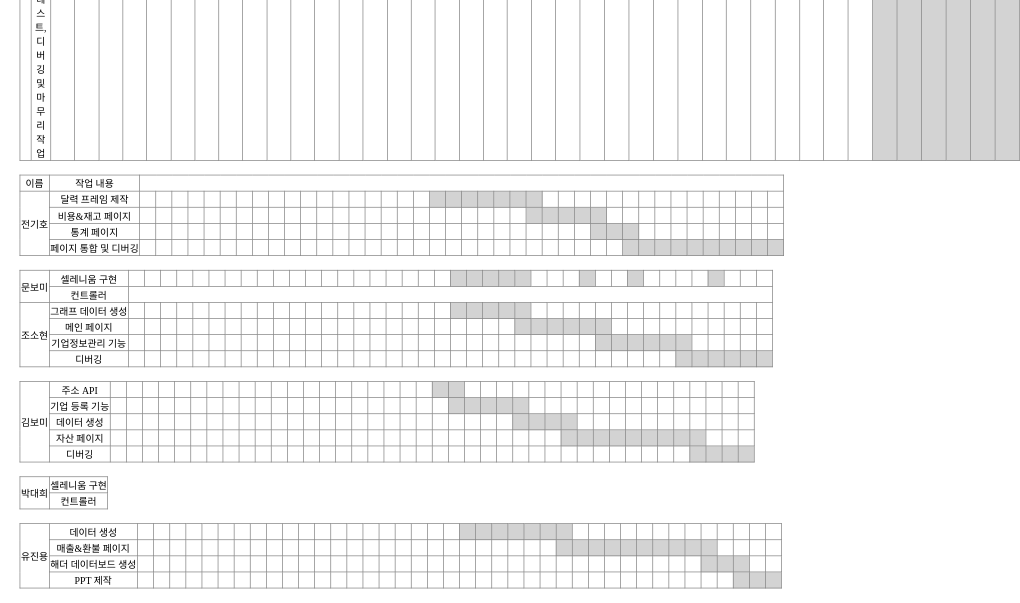
Repository: JEON-KIHO/finalProject
Page: http://localhost/ERP/WEB-INF/views/schedule.jsp
An editor plug-in stored every save of this project. The page is shown before and after the next save, followed by the edit.
The browser window is 1280 px wide. The page is 1457 px wide, so the pictures cover 1457 px, including what lies to the right of the window. The pictures show the part of the page from y = 461 to 2141 px (the page is 1322 px tall before and 3170 px after), at 70% of full size.
The page is served by Tomcat 9. Nobody is signed in. Other server files are loaded and not shown. The template is opened directly, without the code that normally fills it, so the values that code supplies are empty.

Above is the page before, as saved 2020-12-24 08:20:07.

### ERP/src/main/webapp/WEB-INF/views/schedule.jsp
<%@ page language="java" contentType="text/html; charset=UTF-8"
    pageEncoding="UTF-8"%>
<!DOCTYPE html PUBLIC "-//W3C//DTD HTML 4.01 Transitional//EN" "http://www.w3.org/TR/html4/loose.dtd">
<html>
<head>
<meta http-equiv="Content-Type" content="text/html; charset=UTF-8">
<title>Insert title here</title>
<style>
	table{font-size:14px; text-align:center; border-collapse:collapse; margin:20px;}
	.black {background:lightgray;}
	.black, .white {width:20px;}
</style>
</head>
<body>

<table border=1>

	<tr><td colspan=2>날짜</td><td>11/02</td><td>11/03</td><td>11/04</td><td>11/05</td><td>11/06</td>
	<td>11/09</td><td>11/10</td><td>11/11</td><td>11/12</td><td>11/13</td>
	<td>11/16</td><td>11/17</td><td>11/18</td><td>11/19</td><td>11/20</td>
	<td>11/23</td><td>11/24</td><td>11/25</td><td>11/26</td><td>11/27</td>
	<td>11/30</td><td>12/01</td><td>12/02</td><td>12/03</td><td>12/04</td>
	<td>12/07</td><td>12/08</td><td>12/09</td><td>12/10</td><td>12/11</td>
	<td>12/14</td><td>12/15</td><td>12/16</td><td>12/17</td><td>12/18</td>
	<td>12/21</td><td>12/22</td><td>12/23</td><td>12/24</td><td>12/28</td></tr>

	<tr><td rowspan=5>팀작업</td><td>주제 선정</td><td class="black"></td><td class="black"></td><td class="black"></td><td class="black"></td><td class="black"></td>
	<td class="white"></td><td class="white"></td><td class="white"></td><td class="white"></td><td class="white"></td>
	<td class="white"></td><td class="white"></td><td class="white"></td><td class="white"></td><td class="white"></td>
	<td class="white"></td><td class="white"></td><td class="white"></td><td class="white"></td><td class="white"></td>
	<td class="white"></td><td class="white"></td><td class="white"></td><td class="white"></td><td class="white"></td>
	<td class="white"></td><td class="white"></td><td class="white"></td><td class="white"></td><td class="white"></td>
	<td class="white"></td><td class="white"></td><td class="white"></td><td class="white"></td><td class="white"></td>
	<td class="white"></td><td class="white"></td><td class="white"></td><td class="white"></td><td class="white"></td></tr>

	<tr><td>스토리보드</td><td class="white"></td><td class="white"></td><td class="white"></td><td class="white"></td><td class="black"></td>
	<td class="black"></td><td class="black"></td><td class="black"></td><td class="black"></td><td class="black"></td>
	<td class="black"></td><td class="black"></td><td class="black"></td><td class="black"></td><td class="black"></td>
	<td class="black"></td><td class="black"></td><td class="black"></td><td class="black"></td><td class="black"></td>
	<td class="black"></td><td class="black"></td><td class="white"></td><td class="white"></td><td class="white"></td>
	<td class="white"></td><td class="white"></td><td class="white"></td><td class="white"></td><td class="white"></td>
	<td class="white"></td><td class="white"></td><td class="white"></td><td class="white"></td><td class="white"></td>
	<td class="white"></td><td class="white"></td><td class="white"></td><td class="white"></td><td class="white"></td></tr>

	<tr><td>DB 작업</td><td class="white"></td><td class="white"></td><td class="white"></td><td class="white"></td><td class="white"></td>
	<td class="white"></td><td class="white"></td><td class="white"></td><td class="white"></td><td class="white"></td>
	<td class="white"></td><td class="white"></td><td class="white"></td><td class="white"></td><td class="white"></td>
	<td class="white"></td><td class="white"></td><td class="black"></td><td class="black"></td><td class="black"></td>
	<td class="black"></td><td class="black"></td><td class="black"></td><td class="black"></td><td class="black"></td>
	<td class="white"></td><td class="white"></td><td class="white"></td><td class="white"></td><td class="white"></td>
	<td class="white"></td><td class="white"></td><td class="white"></td><td class="white"></td><td class="white"></td>
	<td class="white"></td><td class="white"></td><td class="white"></td><td class="white"></td><td class="white"></td></tr>

	<tr><td>기능구현 및 CSS작업</td><td class="white"></td><td class="white"></td><td class="white"></td><td class="white"></td><td class="white"></td>
	<td class="white"></td><td class="white"></td><td class="white"></td><td class="white"></td><td class="white"></td>
	<td class="white"></td><td class="white"></td><td class="white"></td><td class="white"></td><td class="white"></td>
	<td class="white"></td><td class="white"></td><td class="white"></td><td class="white"></td><td class="white"></td>
	<td class="black"></td><td class="black"></td><td class="black"></td><td class="black"></td><td class="black"></td>
	<td class="black"></td><td class="black"></td><td class="black"></td><td class="black"></td><td class="black"></td>
	<td class="black"></td><td class="black"></td><td class="black"></td><td class="black"></td><td class="black"></td>
	<td class="black"></td><td class="black"></td><td class="black"></td><td class="black"></td><td class="white"></td></tr>

	<tr><td>테스트, 디버깅 및 마무리작업</td><td class="white"></td><td class="white"></td><td class="white"></td><td class="white"></td><td class="white"></td>
	<td class="white"></td><td class="white"></td><td class="white"></td><td class="white"></td><td class="white"></td>
	<td class="white"></td><td class="white"></td><td class="white"></td><td class="white"></td><td class="white"></td>
	<td class="white"></td><td class="white"></td><td class="white"></td><td class="white"></td><td class="white"></td>
	<td class="white"></td><td class="white"></td><td class="white"></td><td class="white"></td><td class="white"></td>
	<td class="white"></td><td class="white"></td><td class="white"></td><td class="white"></td><td class="white"></td>
	<td class="white"></td><td class="white"></td><td class="white"></td><td class="white"></td><td class="black"></td>
	<td class="black"></td><td class="black"></td><td class="black"></td><td class="black"></td><td class="black"></td></tr>
	</table>
	<table border=1>
	<tr>
		<td>이름</td><td>작업 내용</td><td colspan=40></td>
	</tr>

	<tr><td rowspan=4>전기호</td><td>달력 프레임 제작</td><td class="white"></td><td class="white"></td><td class="white"></td><td class="white"></td><td class="white"></td>
	<td class="white"></td><td class="white"></td><td class="white"></td><td class="white"></td><td class="white"></td>
	<td class="white"></td><td class="white"></td><td class="white"></td><td class="white"></td><td class="white"></td>
	<td class="white"></td><td class="white"></td><td class="white"></td><td class="black"></td><td class="black"></td>
	<td class="black"></td><td class="black"></td><td class="black"></td><td class="black"></td><td class="black"></td>
	<td class="white"></td><td class="white"></td><td class="white"></td><td class="white"></td><td class="white"></td>
	<td class="white"></td><td class="white"></td><td class="white"></td><td class="white"></td><td class="white"></td>
	<td class="white"></td><td class="white"></td><td class="white"></td><td class="white"></td><td class="white"></td></tr>

	<tr><td>비용&재고 페이지</td><td class="white"></td><td class="white"></td><td class="white"></td><td class="white"></td><td class="white"></td>
	<td class="white"></td><td class="white"></td><td class="white"></td><td class="white"></td><td class="white"></td>
	<td class="white"></td><td class="white"></td><td class="white"></td><td class="white"></td><td class="white"></td>
	<td class="white"></td><td class="white"></td><td class="white"></td><td class="white"></td><td class="white"></td>
	<td class="white"></td><td class="white"></td><td class="white"></td><td class="white"></td><td class="black"></td>
	<td class="black"></td><td class="black"></td><td class="black"></td><td class="black"></td><td class="white"></td>
	<td class="white"></td><td class="white"></td><td class="white"></td><td class="white"></td><td class="white"></td>
	<td class="white"></td><td class="white"></td><td class="white"></td><td class="white"></td><td class="white"></td></tr>

	<tr><td>통계 페이지</td><td class="white"></td><td class="white"></td><td class="white"></td><td class="white"></td><td class="white"></td>
	<td class="white"></td><td class="white"></td><td class="white"></td><td class="white"></td><td class="white"></td>
	<td class="white"></td><td class="white"></td><td class="white"></td><td class="white"></td><td class="white"></td>
	<td class="white"></td><td class="white"></td><td class="white"></td><td class="white"></td><td class="white"></td>
	<td class="white"></td><td class="white"></td><td class="white"></td><td class="white"></td><td class="white"></td>
	<td class="white"></td><td class="white"></td><td class="white"></td><td class="black"></td><td class="black"></td>
	<td class="black"></td><td class="white"></td><td class="white"></td><td class="white"></td><td class="white"></td>
	<td class="white"></td><td class="white"></td><td class="white"></td><td class="white"></td><td class="white"></td></tr>

	<tr><td>페이지 통합 및 디버깅</td><td class="white"></td><td class="white"></td><td class="white"></td><td class="white"></td><td class="white"></td>
	<td class="white"></td><td class="white"></td><td class="white"></td><td class="white"></td><td class="white"></td>
	<td class="white"></td><td class="white"></td><td class="white"></td><td class="white"></td><td class="white"></td>
	<td class="white"></td><td class="white"></td><td class="white"></td><td class="white"></td><td class="white"></td>
	<td class="white"></td><td class="white"></td><td class="white"></td><td class="white"></td><td class="white"></td>
	<td class="white"></td><td class="white"></td><td class="white"></td><td class="white"></td><td class="white"></td>
	<td class="black"></td><td class="black"></td><td class="black"></td><td class="black"></td><td class="black"></td>
	<td class="black"></td><td class="black"></td><td class="black"></td><td class="black"></td><td class="black"></td></tr>

	</table>
	<table border=1>

	<tr><td rowspan=2>문보미</td><td>셀레니움 구현</td><td class="white"></td><td class="white"></td><td class="white"></td><td class="white"></td><td class="white"></td>
	<td class="white"></td><td class="white"></td><td class="white"></td><td class="white"></td><td class="white"></td>
	<td class="white"></td><td class="white"></td><td class="white"></td><td class="white"></td><td class="white"></td>
	<td class="white"></td><td class="white"></td><td class="white"></td><td class="white"></td><td class="white"></td>
	<td class="black"></td><td class="black"></td><td class="black"></td><td class="black"></td><td class="black"></td>
	<td class="white"></td><td class="white"></td><td class="white"></td><td class="black"></td><td class="white"></td>
	<td class="white"></td><td class="black"></td><td class="white"></td><td class="white"></td><td class="white"></td>
	<td class="white"></td><td class="black"></td><td class="white"></td><td class="white"></td><td class="white"></td></tr>
	<tr><td>컨트롤러</td></tr>

	<tr><td rowspan=4>조소현</td><td>그래프 데이터 생성</td><td class="white"></td><td class="white"></td><td class="white"></td><td class="white"></td><td class="white"></td>
	<td class="white"></td><td class="white"></td><td class="white"></td><td class="white"></td><td class="white"></td>
	<td class="white"></td><td class="white"></td><td class="white"></td><td class="white"></td><td class="white"></td>
	<td class="white"></td><td class="white"></td><td class="white"></td><td class="white"></td><td class="white"></td>
	<td class="black"></td><td class="black"></td><td class="black"></td><td class="black"></td><td class="black"></td>
	<td class="white"></td><td class="white"></td><td class="white"></td><td class="white"></td><td class="white"></td>
	<td class="white"></td><td class="white"></td><td class="white"></td><td class="white"></td><td class="white"></td>
	<td class="white"></td><td class="white"></td><td class="white"></td><td class="white"></td><td class="white"></td></tr>

	<tr><td>메인 페이지</td><td class="white"></td><td class="white"></td><td class="white"></td><td class="white"></td><td class="white"></td>
	<td class="white"></td><td class="white"></td><td class="white"></td><td class="white"></td><td class="white"></td>
	<td class="white"></td><td class="white"></td><td class="white"></td><td class="white"></td><td class="white"></td>
	<td class="white"></td><td class="white"></td><td class="white"></td><td class="white"></td><td class="white"></td>
	<td class="white"></td><td class="white"></td><td class="white"></td><td class="white"></td><td class="black"></td>
	<td class="black"></td><td class="black"></td><td class="black"></td><td class="black"></td><td class="black"></td>
	<td class="white"></td><td class="white"></td><td class="white"></td><td class="white"></td><td class="white"></td>
	<td class="white"></td><td class="white"></td><td class="white"></td><td class="white"></td><td class="white"></td></tr>

	<tr><td>기업정보관리 기능</td><td class="white"></td><td class="white"></td><td class="white"></td><td class="white"></td><td class="white"></td>
	<td class="white"></td><td class="white"></td><td class="white"></td><td class="white"></td><td class="white"></td>
	<td class="white"></td><td class="white"></td><td class="white"></td><td class="white"></td><td class="white"></td>
	<td class="white"></td><td class="white"></td><td class="white"></td><td class="white"></td><td class="white"></td>
	<td class="white"></td><td class="white"></td><td class="white"></td><td class="white"></td><td class="white"></td>
	<td class="white"></td><td class="white"></td><td class="white"></td><td class="white"></td><td class="black"></td>
	<td class="black"></td><td class="black"></td><td class="black"></td><td class="black"></td><td class="black"></td>
	<td class="white"></td><td class="white"></td><td class="white"></td><td class="white"></td><td class="white"></td></tr>

	<tr><td>디버깅</td><td class="white"></td><td class="white"></td><td class="white"></td><td class="white"></td><td class="white"></td>
	<td class="white"></td><td class="white"></td><td class="white"></td><td class="white"></td><td class="white"></td>
	<td class="white"></td><td class="white"></td><td class="white"></td><td class="white"></td><td class="white"></td>
	<td class="white"></td><td class="white"></td><td class="white"></td><td class="white"></td><td class="white"></td>
	<td class="white"></td><td class="white"></td><td class="white"></td><td class="white"></td><td class="white"></td>
	<td class="white"></td><td class="white"></td><td class="white"></td><td class="white"></td><td class="white"></td>
	<td class="white"></td><td class="white"></td><td class="white"></td><td class="white"></td><td class="black"></td>
	<td class="black"></td><td class="black"></td><td class="black"></td><td class="black"></td><td class="black"></td></tr>

	</table>
	<table border=1>

	<tr><td rowspan=5>김보미</td><td>주소 API</td><td class="white"></td><td class="white"></td><td class="white"></td><td class="white"></td><td class="white"></td>
	<td class="white"></td><td class="white"></td><td class="white"></td><td class="white"></td><td class="white"></td>
	<td class="white"></td><td class="white"></td><td class="white"></td><td class="white"></td><td class="white"></td>
	<td class="white"></td><td class="white"></td><td class="white"></td><td class="white"></td><td class="white"></td>
	<td class="black"></td><td class="black"></td><td class="white"></td><td class="white"></td><td class="white"></td>
	<td class="white"></td><td class="white"></td><td class="white"></td><td class="white"></td><td class="white"></td>
	<td class="white"></td><td class="white"></td><td class="white"></td><td class="white"></td><td class="white"></td>
	<td class="white"></td><td class="white"></td><td class="white"></td><td class="white"></td><td class="white"></td></tr>

	<tr><td>기업 등록 기능</td><td class="white"></td><td class="white"></td><td class="white"></td><td class="white"></td><td class="white"></td>
	<td class="white"></td><td class="white"></td><td class="white"></td><td class="white"></td><td class="white"></td>
	<td class="white"></td><td class="white"></td><td class="white"></td><td class="white"></td><td class="white"></td>
	<td class="white"></td><td class="white"></td><td class="white"></td><td class="white"></td><td class="white"></td>
	<td class="white"></td><td class="black"></td><td class="black"></td><td class="black"></td><td class="black"></td>
	<td class="black"></td><td class="white"></td><td class="white"></td><td class="white"></td><td class="white"></td>
	<td class="white"></td><td class="white"></td><td class="white"></td><td class="white"></td><td class="white"></td>
	<td class="white"></td><td class="white"></td><td class="white"></td><td class="white"></td><td class="white"></td></tr>

	<tr><td>데이터 생성</td><td class="white"></td><td class="white"></td><td class="white"></td><td class="white"></td><td class="white"></td>
	<td class="white"></td><td class="white"></td><td class="white"></td><td class="white"></td><td class="white"></td>
	<td class="white"></td><td class="white"></td><td class="white"></td><td class="white"></td><td class="white"></td>
	<td class="white"></td><td class="white"></td><td class="white"></td><td class="white"></td><td class="white"></td>
	<td class="white"></td><td class="white"></td><td class="white"></td><td class="white"></td><td class="white"></td>
	<td class="black"></td><td class="black"></td><td class="black"></td><td class="black"></td><td class="white"></td>
	<td class="white"></td><td class="white"></td><td class="white"></td><td class="white"></td><td class="white"></td>
	<td class="white"></td><td class="white"></td><td class="white"></td><td class="white"></td><td class="white"></td></tr>

	<tr><td>자산 페이지</td><td class="white"></td><td class="white"></td><td class="white"></td><td class="white"></td><td class="white"></td>
	<td class="white"></td><td class="white"></td><td class="white"></td><td class="white"></td><td class="white"></td>
	<td class="white"></td><td class="white"></td><td class="white"></td><td class="white"></td><td class="white"></td>
	<td class="white"></td><td class="white"></td><td class="white"></td><td class="white"></td><td class="white"></td>
	<td class="white"></td><td class="white"></td><td class="white"></td><td class="white"></td><td class="white"></td>
	<td class="white"></td><td class="white"></td><td class="white"></td><td class="black"></td><td class="black"></td>
	<td class="black"></td><td class="black"></td><td class="black"></td><td class="black"></td><td class="black"></td>
	<td class="black"></td><td class="black"></td><td class="white"></td><td class="white"></td><td class="white"></td></tr>

	<tr><td>디버깅</td><td class="white"></td><td class="white"></td><td class="white"></td><td class="white"></td><td class="white"></td>
	<td class="white"></td><td class="white"></td><td class="white"></td><td class="white"></td><td class="white"></td>
	<td class="white"></td><td class="white"></td><td class="white"></td><td class="white"></td><td class="white"></td>
	<td class="white"></td><td class="white"></td><td class="white"></td><td class="white"></td><td class="white"></td>
	<td class="white"></td><td class="white"></td><td class="white"></td><td class="white"></td><td class="white"></td>
	<td class="white"></td><td class="white"></td><td class="white"></td><td class="white"></td><td class="white"></td>
	<td class="white"></td><td class="white"></td><td class="white"></td><td class="white"></td><td class="white"></td>
	<td class="white"></td><td class="black"></td><td class="black"></td><td class="black"></td><td class="black"></td></tr>

	</table>
	<table border=1>

	<tr><td rowspan=2>박대희</td><td>셀레니움 구현</td></tr>
	<tr><td>컨트롤러</td></tr>

	</table>
	<table border=1>

	<tr><td rowspan=4>유진용</td><td>데이터 생성</td><td class="white"></td><td class="white"></td><td class="white"></td><td class="white"></td><td class="white"></td>
	<td class="white"></td><td class="white"></td><td class="white"></td><td class="white"></td><td class="white"></td>
	<td class="white"></td><td class="white"></td><td class="white"></td><td class="white"></td><td class="white"></td>
	<td class="white"></td><td class="white"></td><td class="white"></td><td class="white"></td><td class="white"></td>
	<td class="black"></td><td class="black"></td><td class="black"></td><td class="black"></td><td class="black"></td>
	<td class="black"></td><td class="black"></td><td class="white"></td><td class="white"></td><td class="white"></td>
	<td class="white"></td><td class="white"></td><td class="white"></td><td class="white"></td><td class="white"></td>
	<td class="white"></td><td class="white"></td><td class="white"></td><td class="white"></td><td class="white"></td></tr>

	<tr><td>매출&환불 페이지</td><td class="white"></td><td class="white"></td><td class="white"></td><td class="white"></td><td class="white"></td>
	<td class="white"></td><td class="white"></td><td class="white"></td><td class="white"></td><td class="white"></td>
	<td class="white"></td><td class="white"></td><td class="white"></td><td class="white"></td><td class="white"></td>
	<td class="white"></td><td class="white"></td><td class="white"></td><td class="white"></td><td class="white"></td>
	<td class="white"></td><td class="white"></td><td class="white"></td><td class="white"></td><td class="white"></td>
	<td class="white"></td><td class="black"></td><td class="black"></td><td class="black"></td><td class="black"></td>
	<td class="black"></td><td class="black"></td><td class="black"></td><td class="black"></td><td class="black"></td>
	<td class="black"></td><td class="white"></td><td class="white"></td><td class="white"></td><td class="white"></td></tr>

	<tr><td>해더 데이터보드 생성</td><td class="white"></td><td class="white"></td><td class="white"></td><td class="white"></td><td class="white"></td>
	<td class="white"></td><td class="white"></td><td class="white"></td><td class="white"></td><td class="white"></td>
	<td class="white"></td><td class="white"></td><td class="white"></td><td class="white"></td><td class="white"></td>
	<td class="white"></td><td class="white"></td><td class="white"></td><td class="white"></td><td class="white"></td>
	<td class="white"></td><td class="white"></td><td class="white"></td><td class="white"></td><td class="white"></td>
	<td class="white"></td><td class="white"></td><td class="white"></td><td class="white"></td><td class="white"></td>
	<td class="white"></td><td class="white"></td><td class="white"></td><td class="white"></td><td class="white"></td>
	<td class="black"></td><td class="black"></td><td class="black"></td><td class="white"></td><td class="white"></td></tr>

	<tr><td>PPT 제작</td><td class="white"></td><td class="white"></td><td class="white"></td><td class="white"></td><td class="white"></td>
	<td class="white"></td><td class="white"></td><td class="white"></td><td class="white"></td><td class="white"></td>
	<td class="white"></td><td class="white"></td><td class="white"></td><td class="white"></td><td class="white"></td>
	<td class="white"></td><td class="white"></td><td class="white"></td><td class="white"></td><td class="white"></td>
	<td class="white"></td><td class="white"></td><td class="white"></td><td class="white"></td><td class="white"></td>
	<td class="white"></td><td class="white"></td><td class="white"></td><td class="white"></td><td class="white"></td>
	<td class="white"></td><td class="white"></td><td class="white"></td><td class="white"></td><td class="white"></td>
	<td class="white"></td><td class="white"></td><td class="black"></td><td class="black"></td><td class="black"></td></tr>
</table>



</body>
</html>

After the next save:
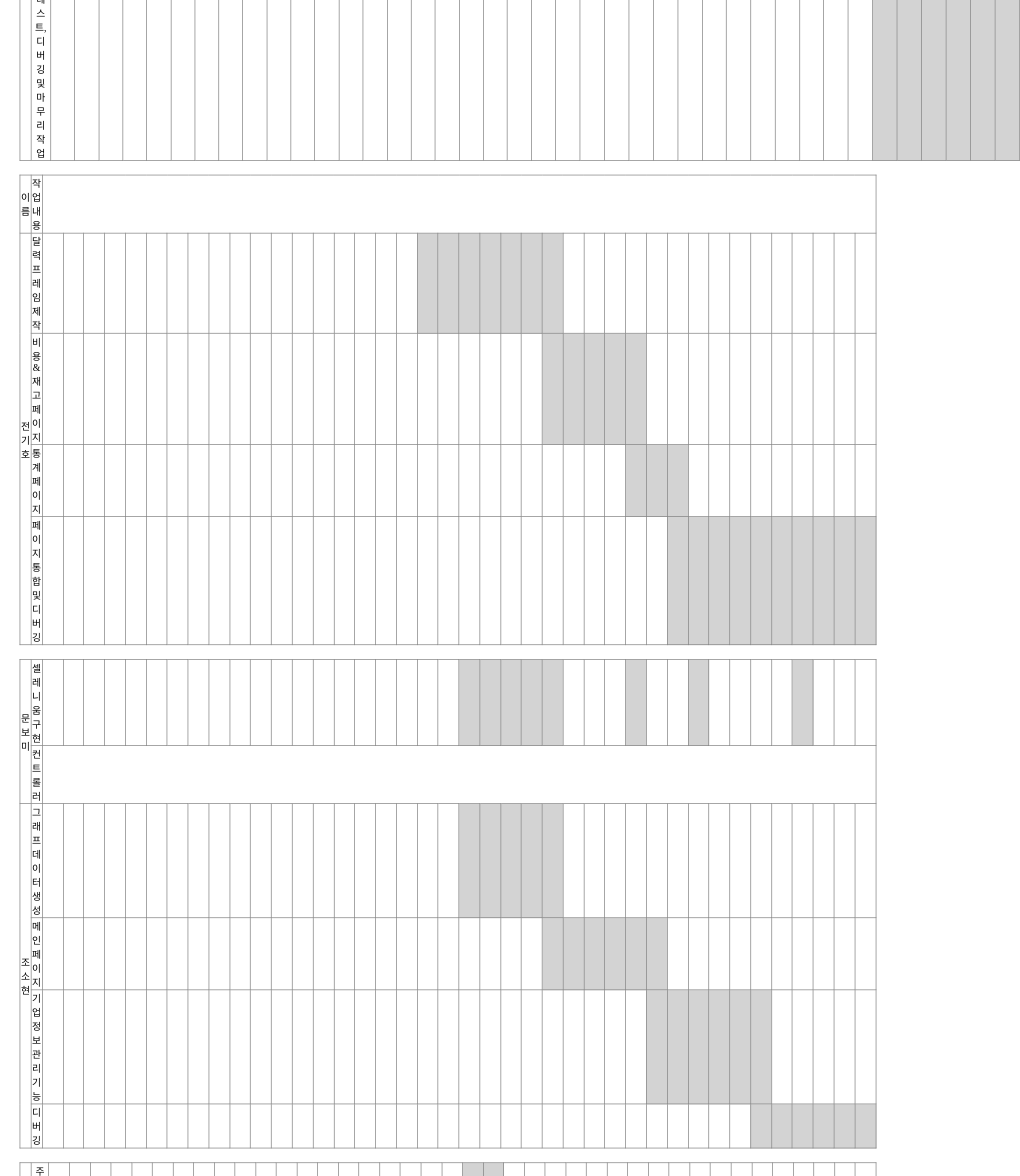
Saved 11 s later.
--- a/ERP/src/main/webapp/WEB-INF/views/schedule.jsp
+++ b/ERP/src/main/webapp/WEB-INF/views/schedule.jsp
@@ -8,7 +8,7 @@
 <style>
 	table{font-size:14px; text-align:center; border-collapse:collapse; margin:20px;}
 	.black {background:lightgray;}
-	.black, .white {width:20px;}
+	.black, .white {width:30px;}
 </style>
 </head>
 <body>
